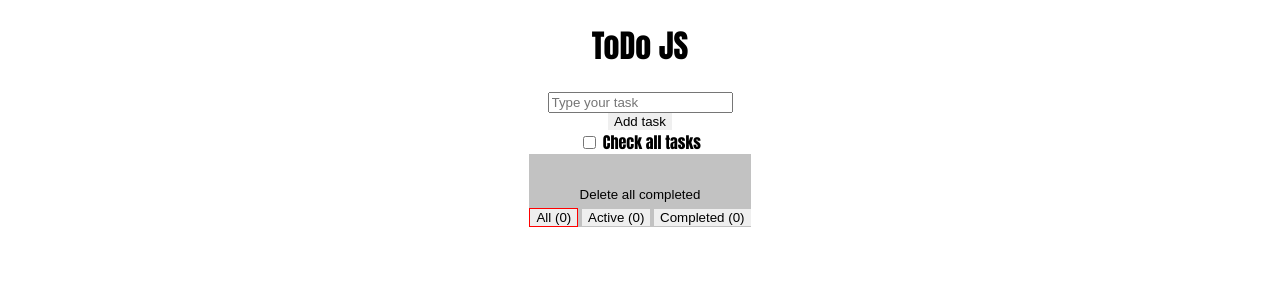
Repository: mklyagin/klyagin_todojs
Page: index.html
The author's editor kept a copy of each file at every save. The page is drawn from the files as they stood at one save, then again after the next save.
The browser window is 1280 px wide. The pictures show the whole page.

Above is the page before, as saved 2024-02-27 15:55:35.

After the next save:
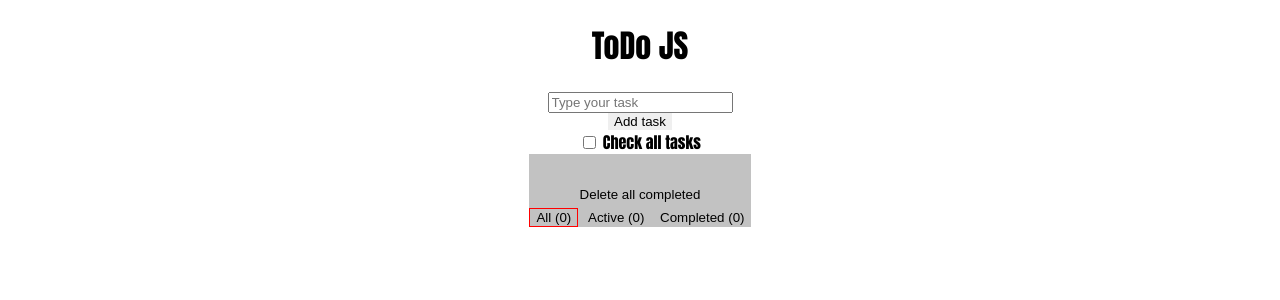
Saved 12 s later.
--- a/style.css
+++ b/style.css
@@ -32,7 +32,7 @@ button {
   background-color: inherit;
 }
 
-.tabulation > button {
+.tab-button {
   background-color: inherit;
 }
 
